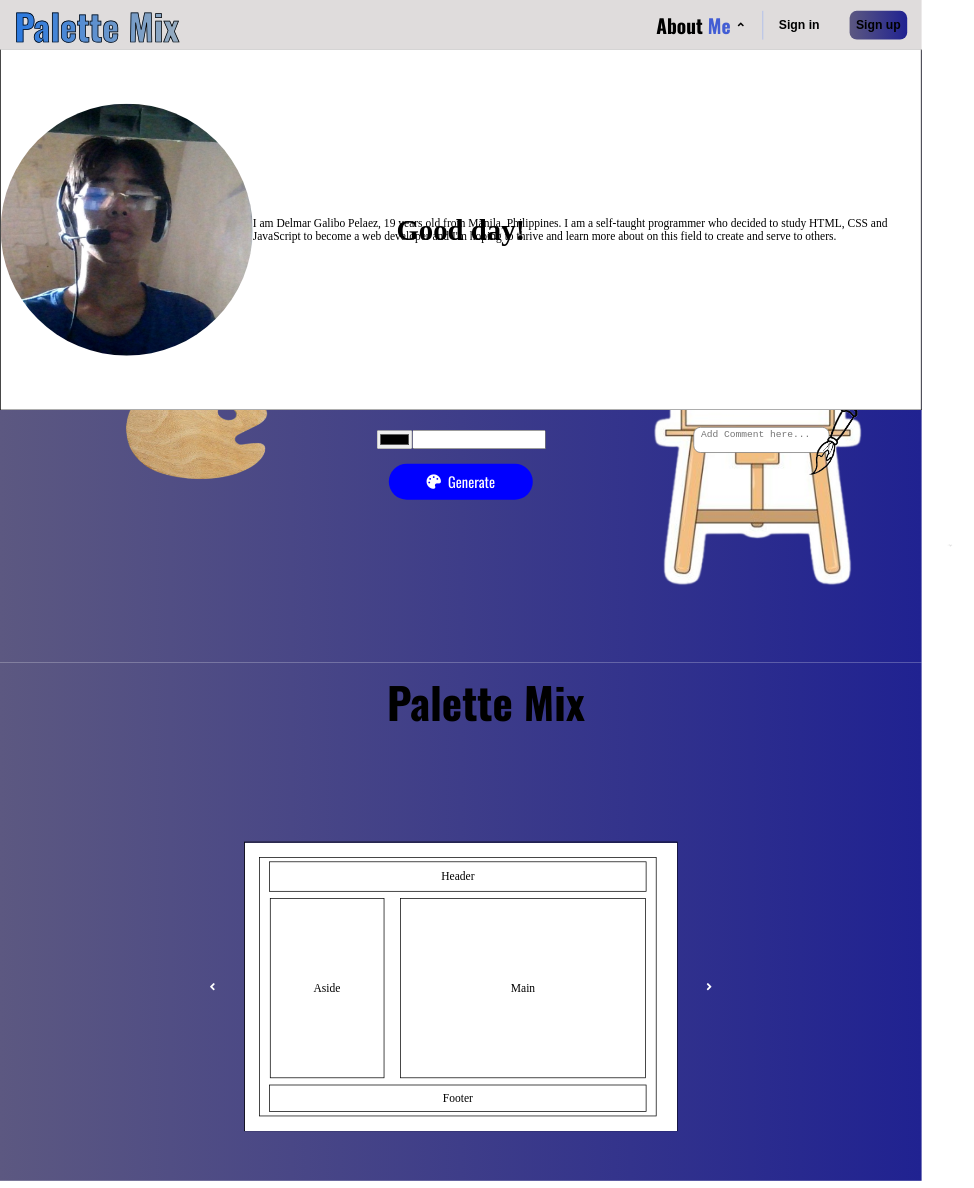
Repository: dmpelaez/Login-Signup-form
Page: Color/colorHeader.html
The author's editor kept a copy of each file at every save. The page is drawn from the files as they stood at one save, then again after the next save.
The browser window is 1280 px wide. The page is 1353 px wide, so the pictures cover 1353 px, including what lies to the right of the window. The pictures show the whole page, at 72% of full size.
Some web libraries are served in a nearby version.

Above is the page before, as saved 2025-12-12 18:02:27.

### Color/colorHeader.html
<!DOCTYPE html>

  <html lang="en" dir="ltr">

    <head>

      <title>Palette Mix</title>
      <!--Style-->
      <link rel="stylesheet" href="colorHeader.css">
      <link rel="stylesheet" href="colorMain.css">
      <link rel="stylesheet" href="https://cdnjs.cloudflare.com/ajax/libs/font-awesome/5.14.0/css/all.min.css">
    </head>
    <body>

      <header class="color-header">
        <!--Title-->
        <a href="colorHeader.html">
          <section id="title" class="color-title">
            Palette Mix
          </section>
        </a>

        <!--End-->

        <!--Right side navigation bar-->
        <section class="navigation-bar">

          <!--About me-->
          <button class="about-me">
            <span class="aboutme">About <span class="me-text">Me</span></span>
            <i class="fas fa-angle-up"></i>
          </button>

          <!--Login & Signup form-->
          <div class="signin-signup">
            <button class="sign-in">
              Sign in
            </button>
            <button class="sign-up">
              Sign up
            </button>
          </div>
        </section>
        <!--End-->
        <div class="aboutmeSection">
          <div class="sectionAboutme">

            <img class="imageofme" alt="Creator Image" src="WIN_20241001_13_05_33_Pro.jpg">
            <P class="gd">Good day!</P>
            <p class="introduction">
              I am Delmar Galibo Pelaez, 19 years old from Manila, Philippines.
              I am a self-taught programmer who decided to study HTML, CSS and JavaScript to become
              a web developer and I'm hoping to thrive and learn more about on this field to create and serve to others.
            </p>

          </div>

        </div>


      </header>

      <main class="mainpage">

        <!--Main page-->
        <div class="main-page">

          <section class="title1">

            <h1 class="intro">Your color palettes generator!</h1>

            <h3 class="little-info">Create the perfect palette and get inspired by thousands of beautiful color schemes.</h3>
            <div class="sliding">
              <div class="colors">
              </div>
              <div class="colors2">
              </div>
              <div class="colors3">
              </div>
               <div class="colors4">
              </div>
            </div>

            <div class="colorSearch">
              <input type="color" class="colorbox">
              <Input type="text"  class="textbox">
              <img class="brush" src="brush.png">
              <img class="plate" src="plate.png">
              <img class="board" src="board.png">
                <div class="comment-section">
                  <h3 class="comment-text">Comment Here!</h3>
                  <ul class="comment-list"></ul>
                  <textarea class="comment-input" placeholder="Add Comment here..."></textarea>
                </div>
              </img>

            </div>

            <button class="generator">
              <i class="fas fa-palette"></i>
              Generate
            </button>
          </section>


        </div>

        <div class="theWhole">
          <div class="paletteText">Palette Mix</div>
          <div class="colorGenerator">
          </div>

          <div class="wholeDesign">
          <i id="leftIcon" class="fas fa-angle-left"></i>
              <div class="divBox">

            <!--Design 1-->


            <div class="divScroll">
              <div  class="div1">
                <div id="randomBox1" class="divpage1">
                  <header id="randomBox2" class="headerDiv1">Header</header>
                  <main  id="randomBox3" class="mainDiv1">
                    <div id="randomBox4" class="asideDiv1">Aside</div>
                    <div id="randomBox5" class="frontDiv1">Main</div>
                  </main>
                  <footer id="randomBox7" class="footerDiv1">Footer</footer>
                </div>
              </div>
              <!--Design 2-->
              <div  class="div2">
                <div id="randomBox1" class="divpage2">
                  <header id="randomBox2" class="headerDiv2">Header</header>
                    <div id="randomBox4" class="asideDiv2">Aside</div>
                    <div id="randomBox5" class="frontDiv2">Main</div>
                  <footer id="randomBox7" class="footerDiv2">Footer</footer>
                </div>
              </div>

              <!--Design 3-->

              <div  class="div3">
                <div id="randomBox1" class="divpage3">
                  <header id="randomBox2" class="headerDiv3">Header</header>
                    <div class="navBar">Navigation</div>
                    <div id="randomBox4" class="asideDiv3">Aside</div>
                    <div id="randomBox4" class="asideDiv32">Aside</div>
                    <div id="randomBox5" class="frontDiv3">Main</div>

                  <footer id="randomBox7" class="footerDiv3">Footer</footer>
                </div>
              </div>

            </div>
          </div>
          <i id="rightIcon"class="fas fa-angle-right"></i>



        </div>

        </div>


      </main>


      <script type="module" src="color.js"></script>

    </body>

  </html>

### Color/colorHeader.css
@import url('https://fonts.googleapis.com/css2?family=Anton&family=Oswald:wght@200..700&family=Poppins:ital,wght@0,100;0,200;0,300;0,400;0,500;0,600;0,700;0,800;0,900;1,100;1,200;1,300;1,400;1,500;1,600;1,700;1,800;1,900&family=Roboto:ital,wght@0,100..900;1,100..900&display=swap');

body {
  margin: 0;
  padding: 0;
}

.color-header {
  display: flex;
  justify-content: space-between;
  align-items: center;
  padding-left: 20px;
  padding-right: 20px;
  background: rgb(223, 220, 220);
  box-sizing: border-box;
  position: fixed;
  right: 0;
  left: 0;
  top: 0;
  height: 70px;
  border-bottom: 1px solid gray;
  z-index: 2;
}
@media (max-width: 670px) {
  .color-header {
    gap: 30px;
  }
}

a {
  text-decoration: none;
  flex-shrink: 0;
}

.color-title {
font-family: "Oswald", sans-serif;
font-weight: bold;
display: flex;
height: 50px;
font-size: 50px;
justify-content: start;
align-items: center;
-webkit-text-stroke: 1px black;
background: linear-gradient(90deg, rgb(41, 120, 224), rgb(150, 171, 190));
-webkit-background-clip: text;
-webkit-text-fill-color: transparent;
transition: all 0.3s ease;
cursor: pointer;
flex-shrink: 0;
}




.navigation-bar {
  display: Flex;
  justify-content: space-between;
  align-items: center;
  gap: 20px;
  height: 50px;
}
.signin-signup {
  display: Flex;
  border-left: 1px solid rgb(162, 183, 240);
  justify-content: space-between;
  align-items: center;
  gap: 30px;
  height: 40px;
  padding-left: 10px;
}

.sign-up {
  height: 40px;
  width: 80px;
  border-radius: 10px;
  border: none;
  background: transparent;
  color: black;
  font-family: arial;
  font-weight: bold;
  font-size: 17px;
  cursor: pointer;
  background: linear-gradient(90deg, rgb(92, 88, 129), rgb(32, 34, 145));
}
.sign-in {
  height: 40px;
  width: 80px;
  border-radius: 10px;
  border: none;
  background: transparent;
  color: black;
  font-family: arial;
  font-weight: bold;
  font-size: 17px;
  cursor: pointer;

}
.sign-in:hover,
.sign-up:hover {
background: linear-gradient(90deg, rgb(92, 88, 129), rgb(32, 34, 145));
  color: white;
}
.about-me {
  display: flex;
  justify-content: space-evenly;
  height: 40px;
  align-items: center;
  background-color: transparent;
  border: none;
  cursor: pointer;
  border-radius: 5px;
  flex-shrink: 0;
}
.about-me:hover {
  color: white;
  background: linear-gradient(90deg, rgb(92, 88, 129), rgb(32, 34, 145));
}
.aboutme {
  font-weight: bold;
  font-size: 27px;
  font-family: "Oswald";

}

.me-text {
  margin-right: 10px;
  color: rgb(66, 93, 212);
}

### Color/colorMain.css
@import url('https://fonts.googleapis.com/css2?family=Anton&family=Luckiest+Guy&family=Oswald:wght@200..700&family=Poppins:ital,wght@0,100;0,200;0,300;0,400;0,500;0,600;0,700;0,800;0,900;1,100;1,200;1,300;1,400;1,500;1,600;1,700;1,800;1,900&family=Roboto:ital,wght@0,100..900;1,100..900&display=swap');

body {
  height: 1580px;
}

.mainpage {
margin-top: 70px;
display: grid;
max-width: 1900px;
flex-shrink: 0;
position: relative;
}



.main-page {

}
.intro {
  font-weight: bold;
  font-size: 95px;
  white-space: wrap;
  font-family: "Oswald";
  flex-shrink: 0;
  display: flex;
  margin: 0px;
}


.aboutmeSection {
  display: flex;
  position: absolute;
  border: 1px solid black;
  background-color: white;
  left: 0;
  top: 100%;
  right: 0%;
  border-top: none;
  height: 500px;
  justify-content: center;
  align-items: center;
}
.sectionAboutme {
  display: flex;
  height: 200px;
  justify-content: center;
 align-items: center;
 position: relative;
}
.imageofme {
  width: 350px;
  height: 350px;
  object-fit: cover;
  border-radius: 50%;
}
.gd {
  font-weight: bold;
  font-size: 40px;
  white-space: nowrap;
  position: absolute;
  left: ;
}




.title1 {
  display: flex;
  flex-direction: column;
    width: 100%;
  height: 800px;
  justify-content: start;
  position: relative;
  padding-top: 50px;
  align-items: center;
 background: linear-gradient(90deg, rgb(92, 88, 129), rgb(32, 34, 145));
 transition: background 6s ease;

}


.animate-gradient {
  animation: gradientShift 6s infinite alternate;
}

.little-info {

  font-size: 19px;
  color: rgb(0, 0, 0);
  font-family: "Poppins";
}

.letters {
  display: inline-block;
  margin: 2px;
}

.letters:hover {
  cursor: pointer;
  transition: text-shadow 0.3s ease;

  animation: wiggle 0.2s infinite alternate;
}


@keyframes wiggle {
  from {transform: translateX(0);}
  to {transform: translateX(-10px);}
}
.colors,
.colors2,
.colors3,
.colors4  {
  display: flex;

   width: 500px;
  height: 150px;
  justify-content: center;

   gap: 10px;
}
.colors div,
.colors2 div,
.colors3 div,
.colors4 div {
  display: Flex;
  height: 145px;
  flex-direction: row;
  width: 200px;
  justify-content: center;
}
.box {
  display: Flex;
  align-items: center;
  justify-content: center;
  font-weight: bold;
  font-size: 19px;
  text-transform: uppercase;
  cursor: pointer;

  border-radius: 10px;
}
.sliding {

  height: 250px;
 position: relative;
 overflow: hidden;
 margin-bottom: 20px;
}
.colors,
.colors2,
.colors3,
.colors4 {
  animation: scrollUp 6s linear infinite;

}


@keyframes scrollUp {
  0%   { transform: translateY(0); }
  25%   { transform: translateY(-50%); }
  50%   { transform: translateY(-100%); }
  75%   { transform: translateY(-150%); }
  100% { transform: translateY(-205%); }
}

.colorSearch {
  display: Flex;
  position: relative;
}
.brush {
  position: absolute;
  width: 300px;
  object-fit: cover;
  z-index: 1;
  top: -250px;
  right: -580px;
  pointer-events: none;
}
.plate {
  position: absolute;
  width: 200px;
  left: -350px;
  top: -70px;


}
.board {
  position: absolute;
  width: 600px;
  top: -330px;
  left: 230px;
  pointer-events: none;
}

.comment-section {
  position: absolute;
  right: -394px;
  bottom: -20%;
  display: flex;
  flex-direction: column;
  height: 250px;
  justify-content: end;
  text-align: center;

}
.comment-list {
position: absolute;
bottom: 10%;
display: flex;
align-items: left;
justify-content: start;

gap: 10px;
height: 140px;
width: 189px;
padding: 0;
left: -16px;
flex-direction: column;
overflow-y: scroll;
padding-left: 10px;
}
.comment-text {
  margin: 0px;
  Position: absolute;
  top: 45px;
  left: 20px;
  white-space: nowrap;
}
.comment-input {
display: flex;
position: initial;
padding-left: 10px;
text-align: middle;
align-items: center;
justify-content: center;
border-radius: 10px;
outline: none;
}
.comments {
  display: flex;
  justify-content: start;
  text-align: left;
  width: 160px;
  white-space: normal;
  word-wrap: break-word;
  word-break: break-all;
  overflow-wrap: break-word;
  border: 1px solid gray;
  padding: 10px;
  padding-right: 0px;
}


.generator {
  display: flex;
  background: blue;
  border: none;
  border-radius: 50px;
  height: 50px;
  align-items: center;
  justify-content: center;
  margin-top: 20px;
  width: 200px;
  font-family: "Oswald";
  font-size: 20px;
  color: white;
  cursor: pointer;
}
.generator i {
  margin-right: 10px;
}

.colorGenerator {
  display: flex;


  height: 200px;
  width: 100%;
  align-self: center;
 justify-self: center;
 align-items: center;
 justify-content: center;
 gap: 10px;

}
.generateColor {
  display: flex;
  border-width: 1px;
  border-radius: solid;
  width: 200px;
  height: 100px;
  justify-content: center;
  align-items: center;
  cursor: pointer;
  color: black;
}

.paletteText {
  font-weight: bold;
  font-family: "Oswald";
  font-size: 60px;
  position: absolute;
  left: 42%;
  top: 0;
  right: 50%;
  white-space: nowrap;
  top: 10px;

}

.theWhole {
  height: 100vh;
  display: flex;
  flex-direction: column;
  justify-content: center;
  align-items: center;
  position: relative;
 background: linear-gradient(90deg, rgb(92, 88, 129), rgb(32, 34, 145));
}

.divBox {
  border: 1px solid black;
  height: 400px;
  width: 600px;
  display: flex;
  align-items: center;
  justify-content: center;
  align-self: center;
  justify-self: center;
  gap: 20px;
  background-color: white;
  overflow-x: auto;
  scroll-behavior: smooth;
  position: relative;
}
.divBox::-webkit-scrollbar {
  display: none;
}
.wholeDesign {
  display: flex;
  justify-content: center;
  align-items: center;
  margin-bottom: 20px;
}


.divBox i {
  cursor: pointer;
  margin-right: 10px;
  margin-left: 10px;

}

.divScroll {
  display: flex;
  justify-content: space-evenly;
  height: 90%;
  min-width: 90%;
  position: absolute;
  left: 20px;
  background-color: white;
  gap: 30px;

}

.div1{
  display: grid;
  border: 1px solid black;
  min-height: 90%;
  width: 550px;
  flex-direction: column;
  z-index: 1;


}


.div2 {
 display: grid;
  border: 1px solid black;
  min-height: 90%;
  width: 550px;
  flex-direction: column;
  z-index: 1;

}
.div3 {
  display: grid;
  border: 1px solid black;
  min-height: 90%;
  width: 550px;
  flex-direction: column;
  z-index: 1;
  margin-right: 20px;

}





.divpage1 {
  display: flex;
   z-index: 2;
   flex-direction: column;
  height: 100%;
  min-width: 100%;
  justify-content: space-between;
  align-items: center;

}

.headerDiv1 {
  display: flex;
  align-items: center;
  justify-content: center;
  height: 40px;
  border: 1px solid black;
  min-width: 95%;
  margin-top: 5px;
  z-index: 2;
  background-color: white;
}
.mainDiv1{
  display: flex;
   z-index: 2;
  height: 70%;
  min-width: 95%;
  justify-content: space-between;

}
.footerDiv1 {
  display: flex;
  border: 1px solid black;
  min-width: 95%;
  justify-content: center;
  height: 10%;
  align-items: center;
  margin-bottom: 5px;
    z-index: 2;
    background-color: white;
}
.asideDiv1 {
  border: 1px solid black;
  min-width: 30%;
  display: flex;
  align-items: center;
  justify-content: center;
  z-index: 2;
  background-color: white;
}
.frontDiv1 {
  display: flex;
  border: 1px solid black;
  min-width: 65%;
  justify-content: center;
  align-items: center;
  z-index: 2;
  background-color: white;
}





.divpage2 {
  display: grid;
grid-template-columns: 150px 1fr 1fr 1fr;
grid-template-rows: 150px 1fr 1fr 1fr;
row-gap: 10px;
column-gap: 10px;
margin: 10px;
}
.headerDiv2 {
  grid-row: 1 / 3 span;
  display: flex;
  justify-content: center;
  align-items: center;
  border: 1px solid black;
  background-color: white;
}

.footerDiv2 {
  grid-row: 4 / 1 span;
  grid-column: 4 span;
  display: flex;
  justify-content: center;
  align-items: center;
  border: 1px solid black;
  background-color: white;
}


.frontDiv2 {
grid-column: 2 / 3 span;
grid-row: 1 / 2 span;
display: flex;
justify-content: center;
align-items: center;
border: 1px solid black;
background-color: white;
}
.asideDiv2 {
  grid-column: 2 / 3 span;
  display: flex;
  justify-content: center;
  align-items: center;
  border: 1px solid black;
  background-color: white;
}




.divpage3 {
  display: grid;
  grid-template-columns: 150px 1fr 150px;
  grid-template-rows: 50px 40px 1fr 1fr 40px;
  row-gap: 10px;
  column-gap: 10px;
  margin: 10px;

}
.headerDiv3 {
  grid-column: 1 / 3 span;
  display: flex;
  justify-content: center;
  align-items: center;
  border: 1px solid black;
  background-color: white;
}
.navBar {
  grid-column: 1 / 3 span;
  display: flex;
  justify-content: center;
  align-items: center;
  border: 1px solid black;
background-color: white;
}
.asideDiv3 {
  display: flex;
  border: 1px solid black;
  justify-content: center;
  align-items: center;
background-color: white;
}
.asideDiv32 {
  display: Flex;
  border: 1px black solid;
  grid-row: 4;
  justify-content: center;
  align-items: center;
  background-color: white;
}
.frontDiv3 {
  display: flex;
  justify-content: center;
  align-items: center;
  border: 1px solid black;
  grid-row: 3 / 2 span;
  grid-column: 2 / 2 span;
  background-color: white;
}
.footerDiv3 {
  display: Flex;
  align-items: center;
  justify-content: center;
  border: 1px solid black;
  grid-column: 1 / 3 span;
  background-color: white;
}




#leftIcon {
  cursor: pointer;
  color: white;
  margin-right: 20px;
  padding: 20px;
}
#rightIcon {
  cursor: pointer;
  margin-left: 20px;
  padding: 20px;
 color: white;
}

Loaded but not shown: Color/color.js (458 lines, source omitted)

After the next save:
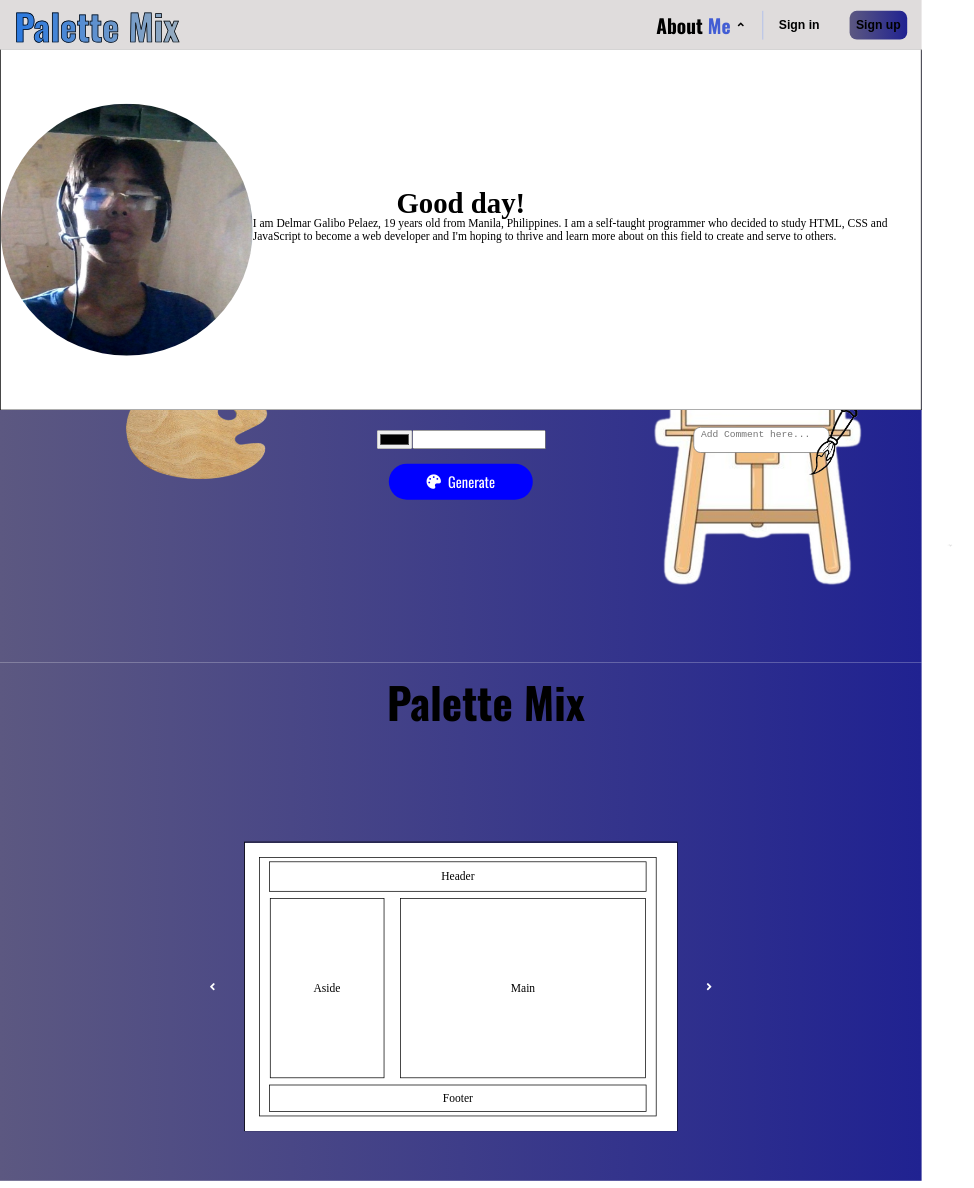
Saved 10 s later.
--- a/Color/colorMain.css
+++ b/Color/colorMain.css
@@ -59,7 +59,7 @@ position: relative;
   font-size: 40px;
   white-space: nowrap;
   position: absolute;
-  left: ;
+  top: 0;
 }
 
 
